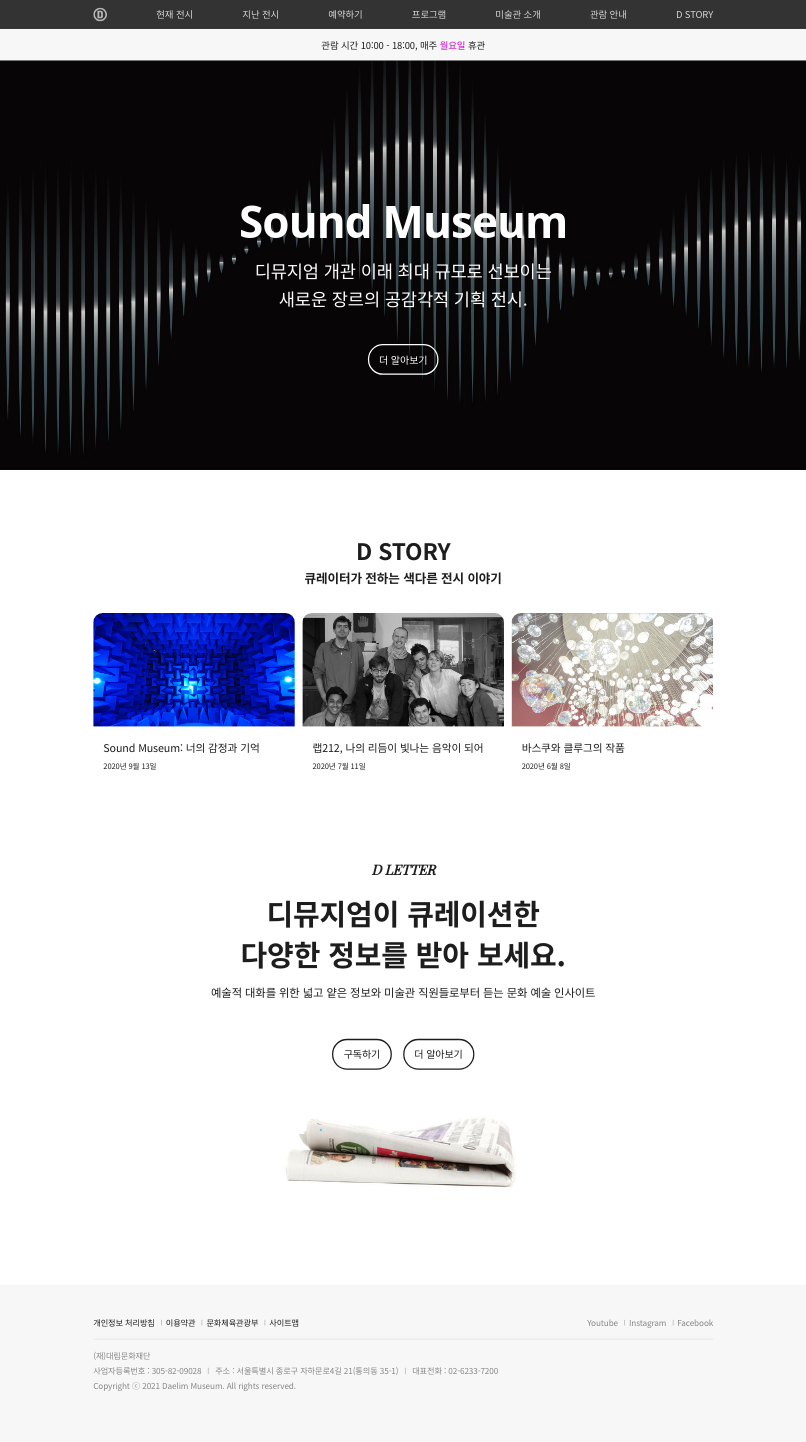
Repository: Chaeyoung-Ryoo/Chaeyoung
Page: html/main.html
An editor plug-in stored every save of this project. The page is shown before and after the next save, followed by the edit.
The browser window is 1280 px wide. The pictures show the whole page, at 63% of full size.

Above is the page before, as saved 2021-11-20 01:28:45.
Console error: ReferenceError: Swiper is not defined

After the next save:
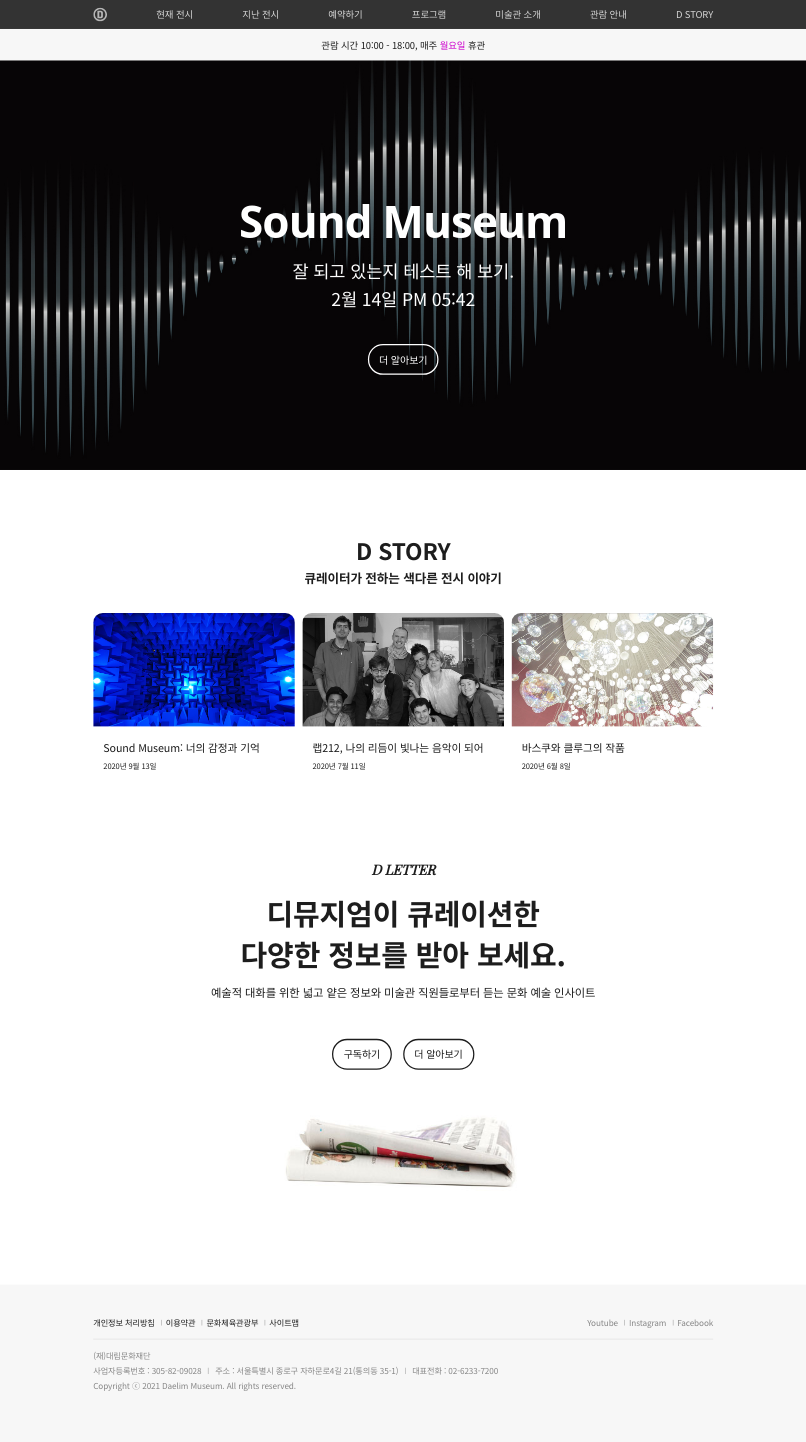
Saved 86 days later.
--- a/html/main.html
+++ b/html/main.html
@@ -125,8 +125,8 @@
                 <div class="mainbanner-txtbox">
                     <h2 class="mainbanner-title">Sound Museum</h2>
                     <h3 class="mainbanner-subtitle">
-                        디뮤지엄 개관 이래 최대 규모로 선보이는<br>
-                        새로운 장르의 공감각적 기획 전시.
+                        잘 되고 있는지 테스트 해 보기.<br>
+                        2월 14일 PM 05:42
                     </h3>
                     <div class="mainbanner-button">
                         <a class="mb-btn" href="../html/exhibition.html">더 알아보기</a>
